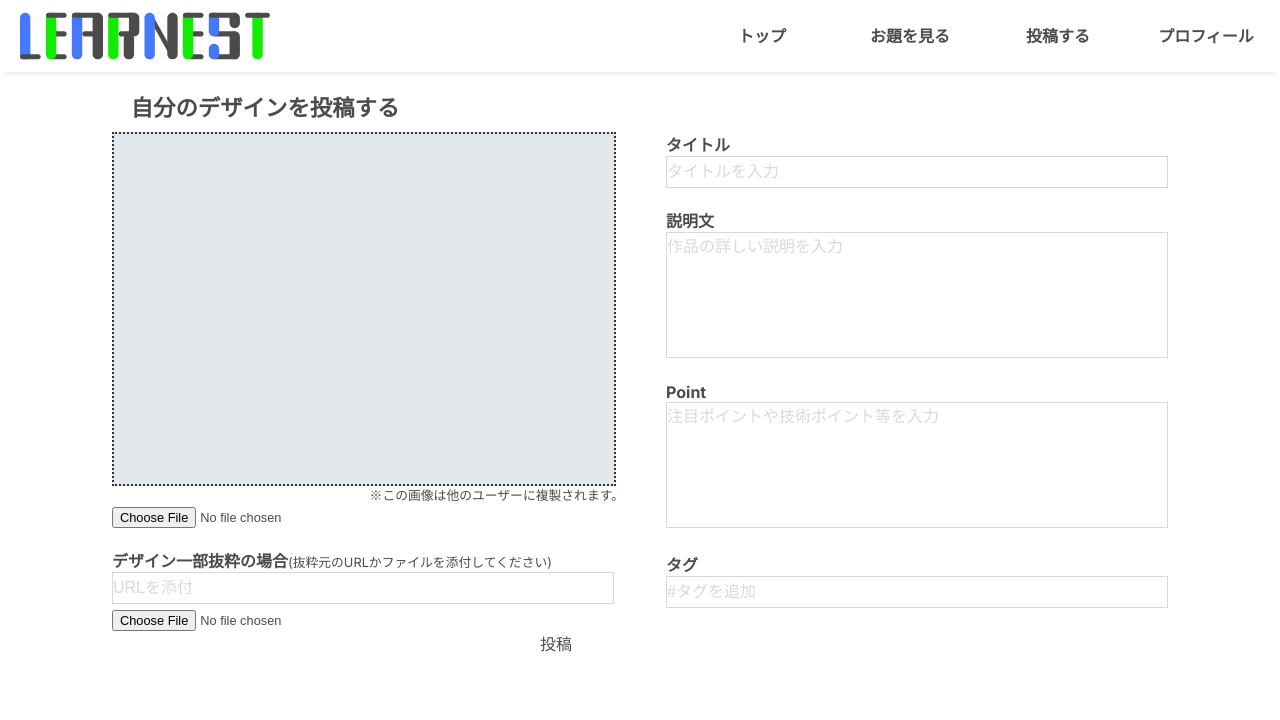
Repository: KawakamiAyaka/Learnest
Page: /inputPost
These files come from the project's save history. The page is drawn as it stood at one moment and after the next save; the edit follows.
The browser window is 1280 px wide. The pictures show the whole page.
The project was rebuilt for these pictures with package versions that can differ from the ones it lists, and the page was loaded fresh each time. The framework's server and built-in components were replaced by stand-ins that run in the browser. Also part of the build but not shown: next.config.mjs.

Above is the page before, as saved 2024-07-12 12:08:35.

After the next save:
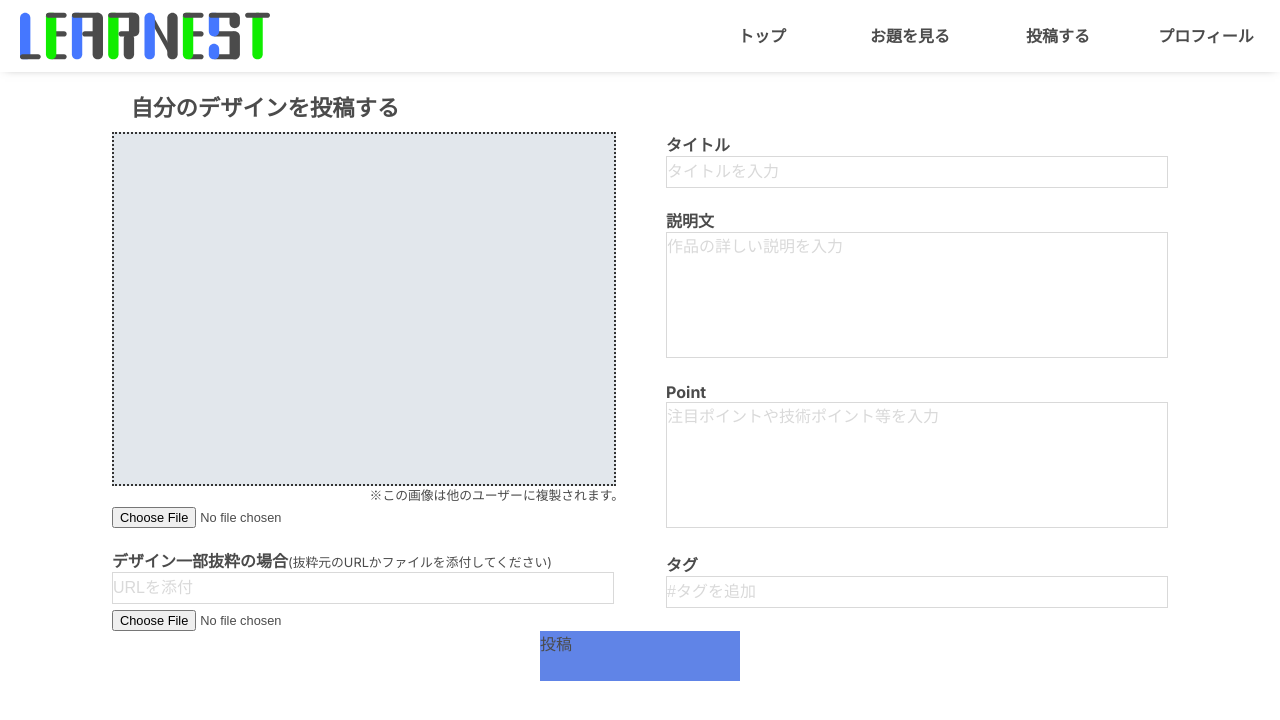
Saved 21 s later.
--- a/src/app/inputPost/inputPost.module.scss
+++ b/src/app/inputPost/inputPost.module.scss
@@ -126,5 +126,6 @@
     .PostBtn{
         width: 200px;
         height: 50px;
+        background: #6084E7;
     }
 }
